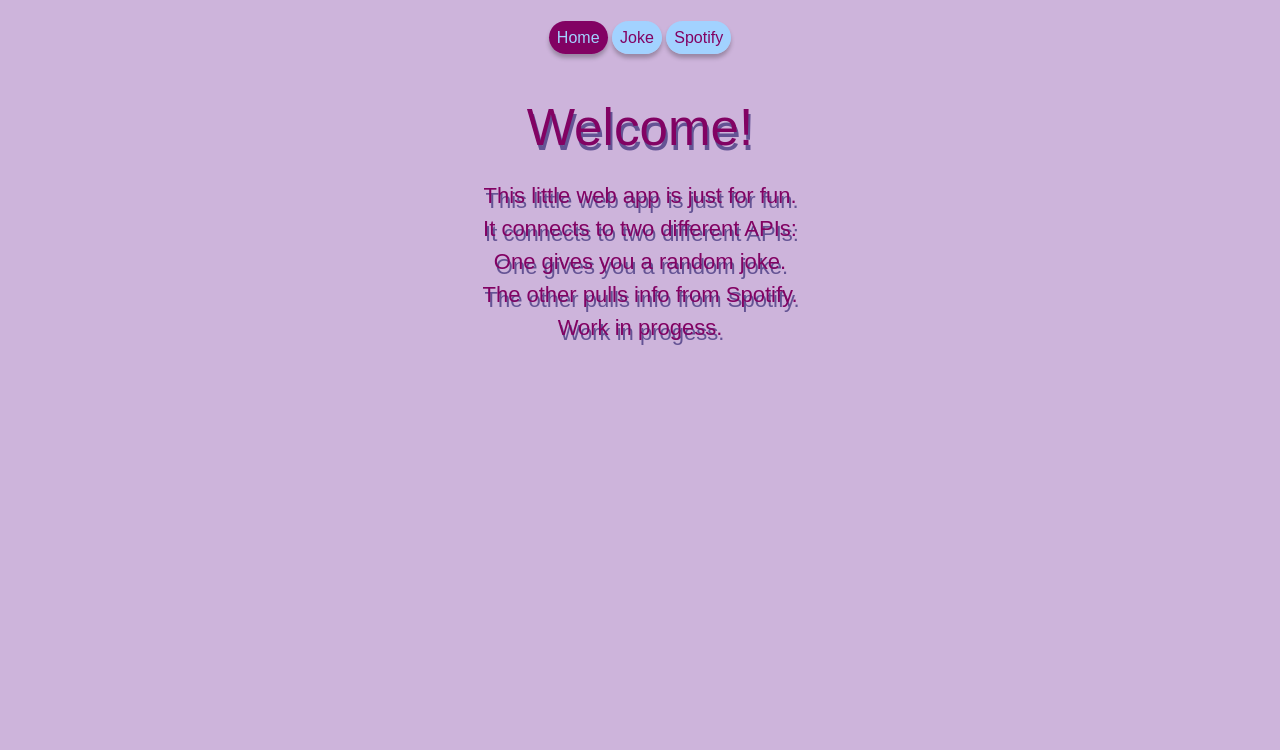
Repository: rosieomusic/spotify-react
Page: /
The author's editor kept a copy of each file at every save. The page is drawn from the files as they stood at one save, then again after the next save.
The browser window is 1280 px wide. The pictures show the whole page.
The page's requests for data from a server got no answer. Some web fonts or font styles are not loaded; a fallback is used. The project was rebuilt for these pictures with package versions that can differ from the ones it lists, and the page was loaded fresh each time. No one was signed in, and anything a server would have sent is missing. Also part of the build but not shown: vite.config.js, src/services/SpotifyService.js, src/components/AlbumComponent.jsx, src/pages/SpotifyPage.jsx, src/services/JokeService.js, src/pages/JokePage.jsx.

Above is the page before, as saved 2025-05-23 00:06:17.

After the next save:
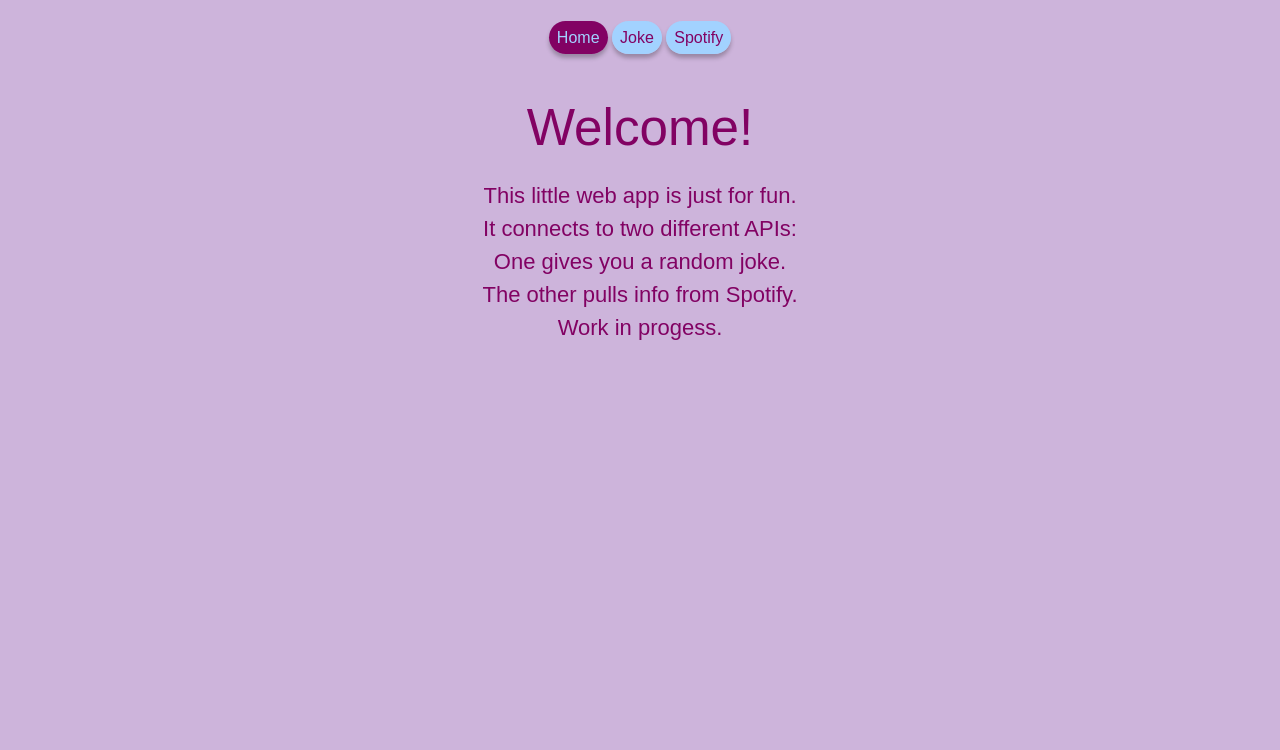
Saved 14 s later.
--- a/src/App.css
+++ b/src/App.css
@@ -96,7 +96,6 @@ p {
 	text-align: center;
 	align-self: center;
 	margin-bottom: 20px;
-	text-shadow: #645394 2px 5px;
 }
 li {
 	list-style-type: none;
